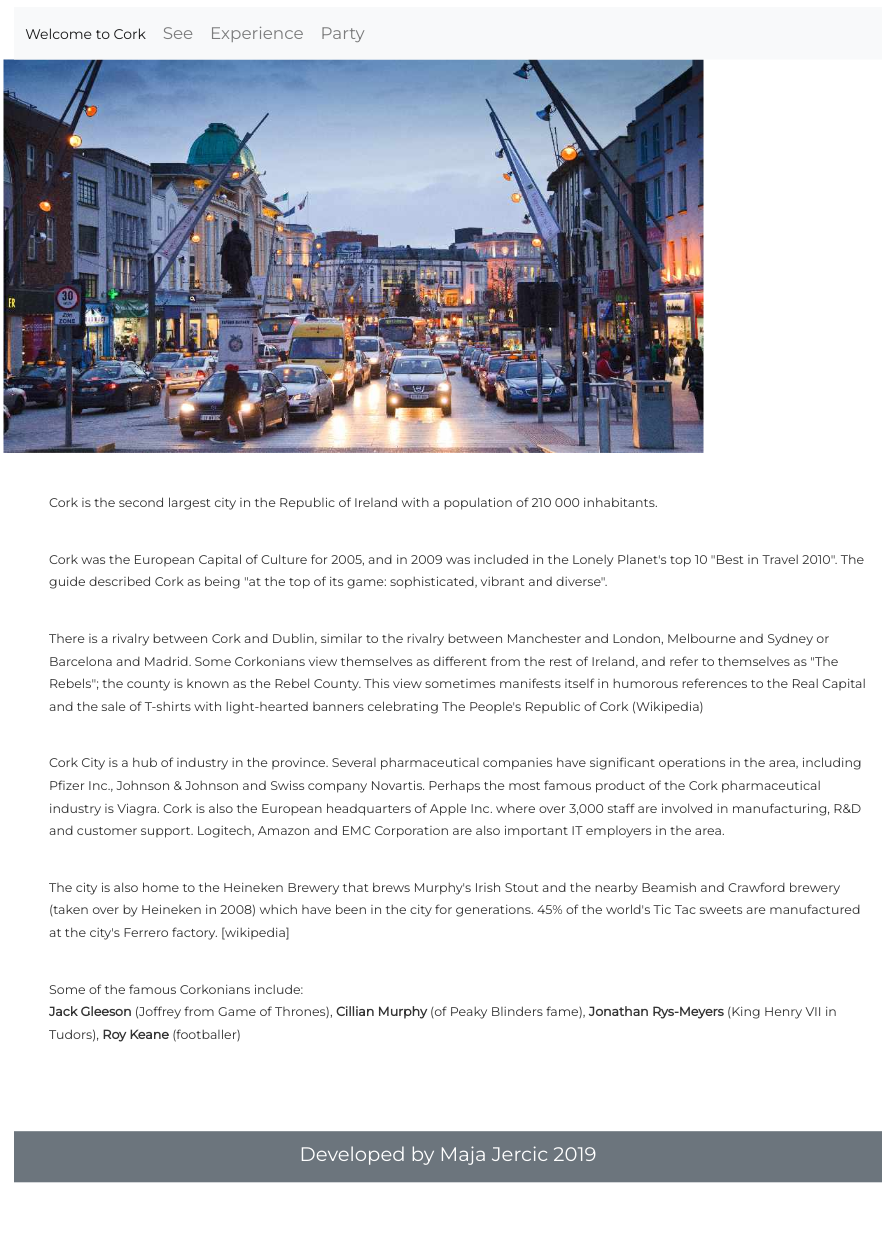
Repository: Maja-Jer/Welcome-to-Cork
Page: index.html
The author's editor kept a record of every edit. The page is drawn from the files as they stood at one moment, then again after the next edit.
The browser window is 1280 px wide. The pictures show the whole page, at 70% of full size.
Some web libraries are served in a nearby version.

Above is the page before.
Console error: TypeError: Cannot read properties of undefined (reading 'fn')

### index.html
<!DOCTYPE html>
<html lang="en">

<head>
    <meta charset="UTF-8">
    <meta name="viewport" content="width=device-width, initial-scale=1">
    <meta http-equiv="X-UA-Compatible" content="ie=edge">
    <link rel="stylesheet" href="https://stackpath.bootstrapcdn.com/bootstrap/4.3.1/css/bootstrap.min.css" integrity="sha384-ggOyR0iXCbMQv3Xipma34MD+dH/1fQ784/j6cY/iJTQUOhcWr7x9JvoRxT2MZw1T" crossorigin="anonymous">
    <script src="https://stackpath.bootstrapcdn.com/bootstrap/4.3.1/js/bootstrap.min.js" integrity="sha384-JjSmVgyd0p3pXB1rRibZUAYoIIy6OrQ6VrjIEaFf/nJGzIxFDsf4x0xIM+B07jRM" crossorigin="anonymous"></script>
    <link rel="stylesheet" href="https://use.fontawesome.com/releases/v5.6.1/css/all.css" integrity="sha384-gfdkjb5BdAXd+lj+gudLWI+BXq4IuLW5IT+brZEZsLFm++aCMlF1V92rMkPaX4PP" crossorigin="anonymous">
    <link href="https://fonts.googleapis.com/css?family=Montserrat" rel="stylesheet">
    <link rel="stylesheet" href="assets/style.css" type="text/css" />
    <title>Welcome to Cork, the REAL capital of Ireland</title>
</head>

<body>

    <!---------------Navgation-------->
    <nav class="navbar navbar-light bg-light navbar-expand-sm">
        <a href="/" class="navbar-brand">Welcome to Cork</a>

        <!---------------Dropdown menu-------->
        <button class="navbar-toggler ml-auto" type="button" data-toggle="collapse" data-target="#navbarNavDropdown" aria-controls="navbarNavDropdown" aria-expanded="false" aria-label="Toggle navigation">
        <span class="navbar-toggler-icon"></span></button>

        <div class="collapse navbar-collapse" id="navbarNavDropdown">
            <ul class="navbar-nav mr-auto">
                <li class="nav-item mr-2"><a class="nav-link" href="#see">See</a></li>
                <li class="nav-item mr-2"><a class="nav-link" href="#experience">Experience</a></li>
                <li class="nav-item mr-2"><a class="nav-link" href="#party">Party</a></li>

            </ul>
        </div>

    </nav>

    <!--------------- Main photo -------->
    <div class="main-container">
        <div class="row main-photo">
            <img class="img-fluid" src="assets/photos/patrick_street.jpg" class="center" alt="Cork City">
        </div>




        <!--------------- About Cork -------->

    <div class="container-fluid" id="container-about-cork">
        <p class= "description">Cork is the second largest city in the Republic of Ireland with a population of 210 000 inhabitants.</p>
        <br>
        <p>Cork was the European Capital of Culture for 2005, and in 2009 was included in the Lonely Planet's top 10 "Best in Travel 2010". The guide described Cork as being "at the top of its game: sophisticated, vibrant and diverse".
        </p>
        <br>
        <p>There is a rivalry between Cork and Dublin, similar to the rivalry between Manchester and London, Melbourne and Sydney or Barcelona and Madrid. Some Corkonians view themselves as different from the rest of Ireland, and refer to themselves
            as "The Rebels"; the county is known as the Rebel County. This view sometimes manifests itself in humorous references to the Real Capital and the sale of T-shirts with light-hearted banners celebrating The People's Republic of Cork (Wikipedia)
        </p>
        <br>
        <p>Cork City is a hub of industry in the province. Several pharmaceutical companies have significant operations in the area, including Pfizer Inc., Johnson & Johnson and Swiss company Novartis. Perhaps the most famous product of the Cork pharmaceutical
            industry is Viagra. Cork is also the European headquarters of Apple Inc. where over 3,000 staff are involved in manufacturing, R&D and customer support. Logitech, Amazon and EMC Corporation are also important IT employers in the area.
        </p>
        <br>
        <p>The city is also home to the Heineken Brewery that brews Murphy's Irish Stout and the nearby Beamish and Crawford brewery (taken over by Heineken in 2008) which have been in the city for generations. 45% of the world's Tic Tac sweets are manufactured
            at the city's Ferrero factory. [wikipedia]
        </p>
        <br>
        <p>Some of the famous Corkonians include: <br><strong>Jack Gleeson</strong> (Joffrey from Game of Thrones), <strong>Cillian Murphy</strong> (of Peaky Blinders fame), <strong>Jonathan Rys-Meyers</strong> (King Henry VII in Tudors), <strong>Roy Keane</strong>                (footballer)
        </p>
    </div>


     <!--------------- Footer -------->

    <footer class="bg-secondary mt-5 p-3">
        <div class="container-fluid">
            <div class="col-12 text-white">
                <h3>Developed by Maja Jercic 2019</h3>
            </div>
        </div>
    </footer>

    <script src="https://stackpath.bootstrapcdn.com/bootstrap/4.3.1/js/bootstrap.min.js" integrity="sha384-JjSmVgyd0p3pXB1rRibZUAYoIIy6OrQ6VrjIEaFf/nJGzIxFDsf4x0xIM+B07jRM" crossorigin="anonymous"></script>
    <script src="https://code.jquery.com/jquery-3.3.1.slim.min.js" integrity="sha384-q8i/X+965DzO0rT7abK41JStQIAqVgRVzpbzo5smXKp4YfRvH+8abtTE1Pi6jizo" crossorigin="anonymous"></script>
    <script src="https://cdnjs.cloudflare.com/ajax/libs/popper.js/1.14.7/umd/popper.min.js" integrity="sha384-UO2eT0CpHqdSJQ6hJty5KVphtPhzWj9WO1clHTMGa3JDZwrnQq4sF86dIHNDz0W1" crossorigin="anonymous"></script>

</body>


</html>

### assets/style.css
/*----------------------- header*/

head {
  font-family: 'Roboto', sans-serif;
}

body {
  font: 20px Montserrat, sans-serif;
  line-height: 1.8;
  color: #333;
  display: block;
  padding: 10px 20px 75px 20px;


}

/*----------------------navigation bar*/

ul {
  list-style-type: none;
  margin: 0;
  padding: 0;
  overflow: hidden;
  font-weight: normal;
  font-size: 24px;
}

li {
  float: left;
}

navbar-brand {
  color: black;
}

li a {
  display: block;
  color: white;
  text-align: center;
  padding: 14px 16px;
  text-decoration: none;

}

li a:hover {
  background-color: #9FA8DA;
  color: white;
  text-decoration: none;
  font-weight: bold;
}

/*---------------------end of navigation bar*/

.main-container {


}
.container-main-photo {
  max-height: 300px
  max-width: 80%;

}

/* ---------------------------------- Article*/
.article {
  position: relative;
  vertical-align: top;
  background-color: #fff
  margin-bottom: 1em;
  max-width: 830px;
  padding: 2em 0 0 0;
  text-align: left;
}

.site-photo {
  position: relative;
  text-align: center;
  margin-bottom: 1.6em;
}

.site-description {
  margin: 2em 5% 2em 5%;
  font-size: 1.1em;
  line-height: 1.7;
  color: #333;
}


/* ---------------------------------- Title*/

.title {
  text-align: left;
  padding-left:20px;
}

.title-row {
  padding-top: 20px;
  padding-bottom: 20px;


}
/* ---------------------------------- Containers*/

.center {
  display: block;
  margin-left: auto;
  margin-right: auto;
  width: 50%;
}

.container-main-photo {
  max-height: 730px;
  max-width: 1160px;
  padding: 30px;
  margin: 10px;
  overflow: auto;
}


#container-about-cork {
  font-size: 16px;
  margin: 25px 50px 75px;
  padding: 30px;


}
@media screen and (min-width: 600px) {
#container-about-cork {
  font-size: 18px;
  margin: 25px 20px 75px 20px;
  }
}
@media screen and (max-width: 600px) {
#container-about-cork {
  font-size: 14px;
  margin: 25px 10px 75px 20px;
  }
}

.container-ucc-campus {

}



/*---------------------footer*/

.p-3 {
    padding: 1rem!important;
}

.mt-5, .my-5 {
    margin-top: 3rem!important;

}

.bg-secondary {
    background-color: #6c757d!important;
}

.footer {
  width: 100%;
  margin-right: auto;
  margin-left: auto;
}

.text-white {
  color: #fff!important;
}

.col-12 {
  -ms-flex: 0 0 100%;
  flex: 0 0 100%;
  max-width: 100%;
  text-align: center;
}

After the next edit:
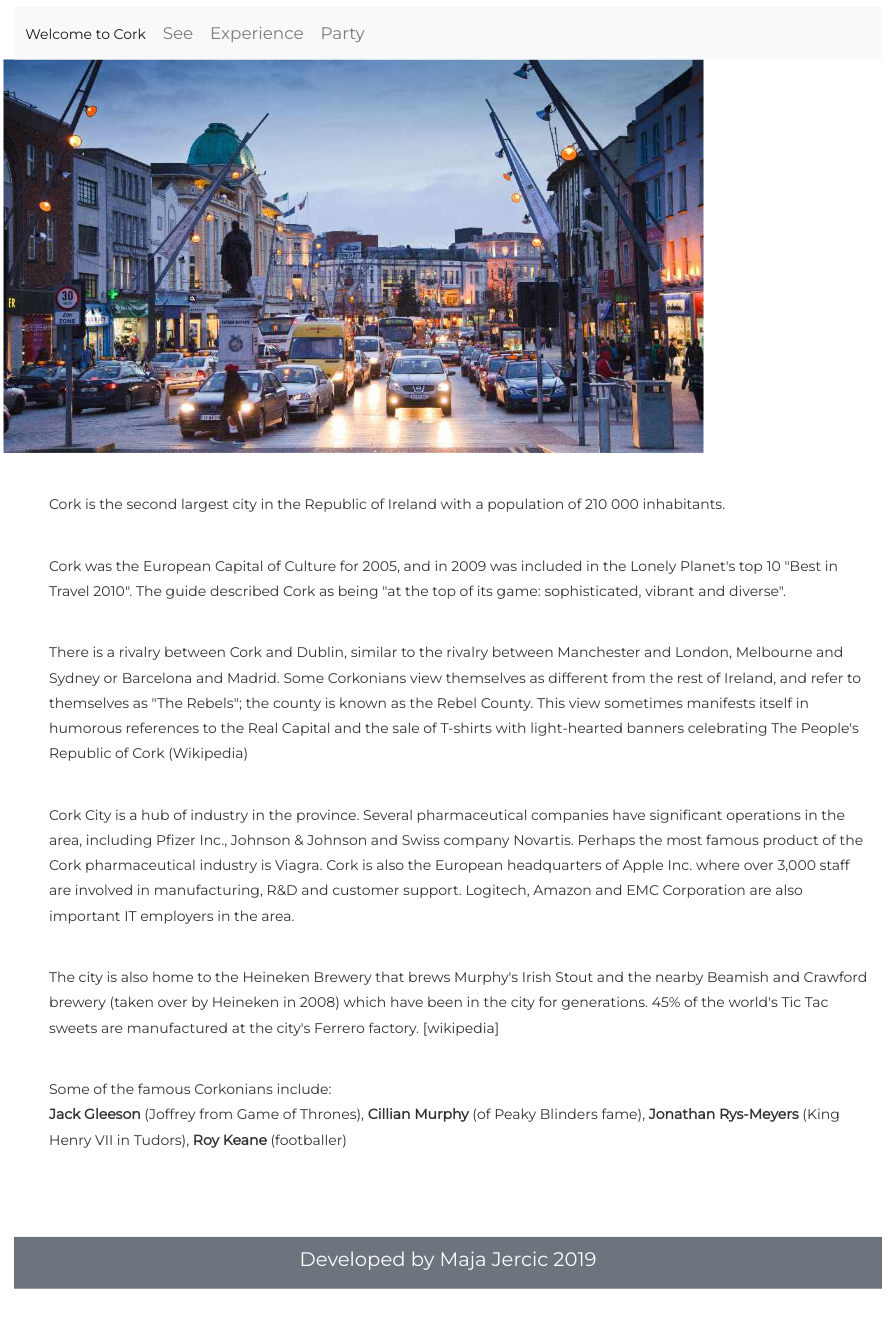
The edit:
--- a/assets/style.css
+++ b/assets/style.css
@@ -126,7 +126,7 @@
 }
 @media screen and (min-width: 600px) {
 #container-about-cork {
-  font-size: 18px;
+  font-size: 20px;
   margin: 25px 20px 75px 20px;
   }
 }
